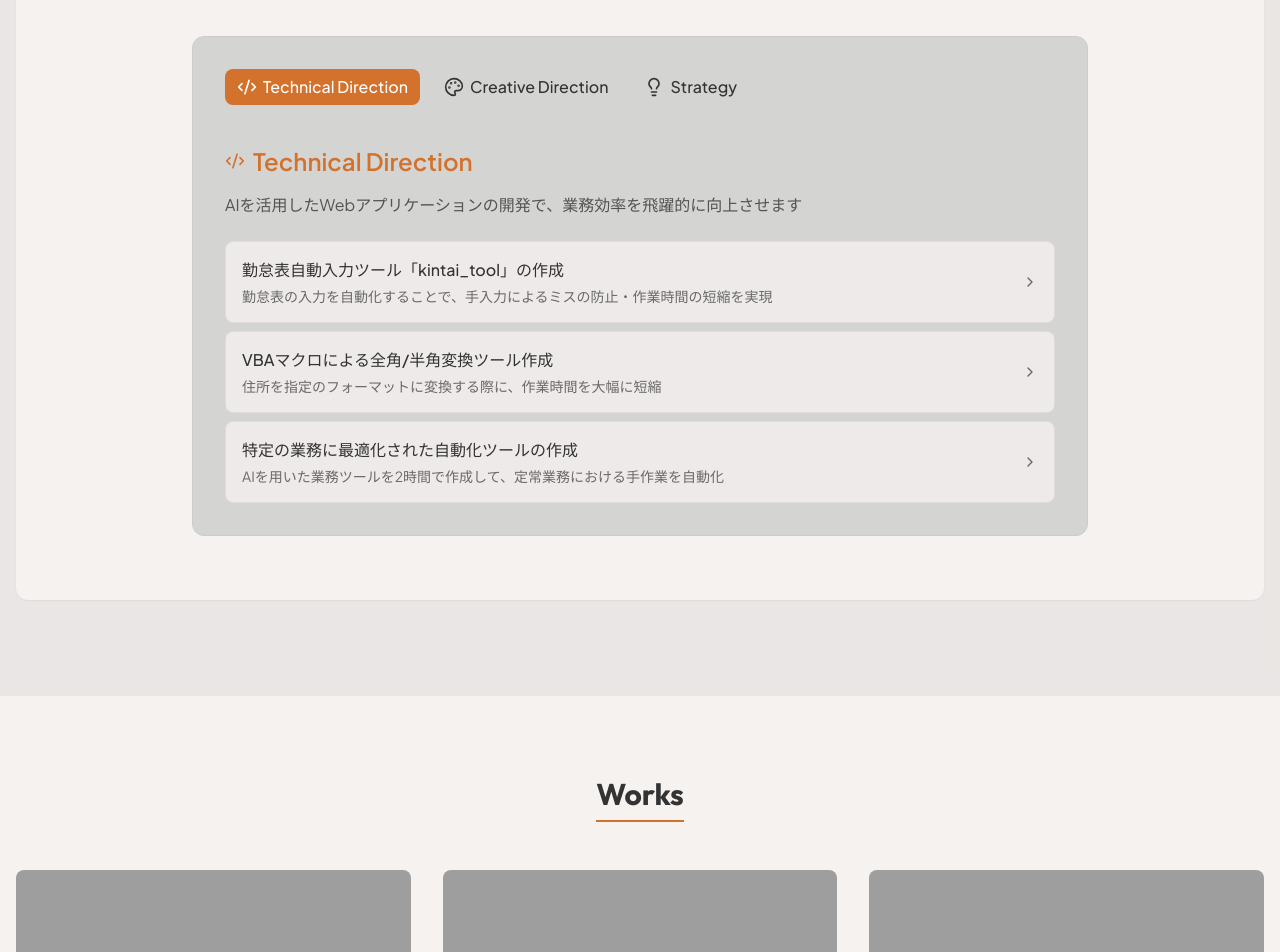
Repository: Tomo0108/portfolio_dot_tomo
Page: /
These files come from the project's save history. The page is drawn as it stood at one moment and after the next save; the edit follows.
The browser window is 1280 px wide. The pictures show the part of the page from y = 1354 to 2306 px (the page is 3996 px tall).
Pictures or frames that could not be fetched are drawn as grey boxes. The page's requests for data from a server got no answer. The project was rebuilt for these pictures with package versions that can differ from the ones it lists, and the page was loaded fresh each time. The framework's server and built-in components were replaced by stand-ins that run in the browser. No one was signed in, and anything a server would have sent is missing. Also part of the build but not shown: next.config.js, components/loading-spinner.tsx.

Above is the page before, as saved 2025-03-23 16:46:49.

### app/layout.tsx
import './globals.css';
import type { Metadata } from 'next';
import { Outfit, Plus_Jakarta_Sans } from 'next/font/google';
import { ThemeProvider } from '@/components/theme-provider';
import { Toaster } from '@/components/ui/sonner';
import { Navigation } from '@/components/navigation';
import { Footer } from '@/components/footer';
import { cn } from '@/lib/utils';

const outfit = Outfit({
  subsets: ['latin'],
  variable: '--font-outfit',
});

const plusJakartaSans = Plus_Jakarta_Sans({
  subsets: ['latin'],
  variable: '--font-plus-jakarta-sans',
});

export const metadata: Metadata = {
  title: 'Portfolio | Tomo',
  description: 'Welcome to my portfolio website.',
};

export default function RootLayout({
  children,
}: {
  children: React.ReactNode;
}) {
  return (
    <html lang="en" suppressHydrationWarning>
      <body className={cn(
        outfit.variable,
        plusJakartaSans.variable,
        'min-h-screen bg-background font-sans antialiased'
      )}>
        <ThemeProvider
          attribute="class"
          defaultTheme="system"
          enableSystem
          disableTransitionOnChange
        >
          <Navigation />
          {children}
          <Footer />
          <Toaster />
        </ThemeProvider>
      </body>
    </html>
  );
}

### app/page.tsx
import { Suspense } from 'react';
import { Hero } from '@/components/sections/hero';
import { About } from '@/components/sections/about';
import { Works } from '@/components/sections/works';
import { ZennArticlesLoader } from '@/components/sections/zenn-articles-loader';
import { Gallery } from '@/components/sections/gallery';
import { Contact } from '@/components/sections/contact';
import { LoadingSpinner } from '@/components/loading-spinner';

export default function Home() {
  return (
    <div className="w-full">
      <Hero />
      <About />
      <Suspense fallback={<LoadingSpinner />}>
        <Works />
      </Suspense>
      <Suspense fallback={<LoadingSpinner />}>
        <ZennArticlesLoader />
      </Suspense>
      <Suspense fallback={<LoadingSpinner />}>
        <Gallery />
      </Suspense>
      <Contact />
    </div>
  );
}

### components/ui/sonner.tsx
'use client';

import { useTheme } from 'next-themes';
import { Toaster as Sonner } from 'sonner';

type ToasterProps = React.ComponentProps<typeof Sonner>;

const Toaster = ({ ...props }: ToasterProps) => {
  const { theme = 'system' } = useTheme();

  return (
    <Sonner
      theme={theme as ToasterProps['theme']}
      className="toaster group"
      toastOptions={{
        classNames: {
          toast:
            'group toast group-[.toaster]:bg-background group-[.toaster]:text-foreground group-[.toaster]:border-border group-[.toaster]:shadow-lg',
          description: 'group-[.toast]:text-muted-foreground',
          actionButton:
            'group-[.toast]:bg-primary group-[.toast]:text-primary-foreground',
          cancelButton:
            'group-[.toast]:bg-muted group-[.toast]:text-muted-foreground',
        },
      }}
      {...props}
    />
  );
};

export { Toaster };

### components/sections/hero.tsx
"use client";

import { motion } from 'framer-motion';
import { RotatingNav } from '../rotating-nav';

export function Hero() {
  return (
    <section className="section-hero min-h-screen flex items-center justify-center relative bg-background/80 overflow-hidden">
      <div className="relative w-[90vh] h-[90vh] max-w-[90vw] max-h-[90vw] mx-auto backdrop-blur-sm">
        <div className="absolute inset-0 flex items-center justify-center">
          <motion.div
            className="text-center space-y-8 hero-text transition-opacity duration-300 [.nav-paused_&]:opacity-50 relative z-20"
            initial={{ opacity: 0, scale: 0.9 }}
            animate={{ opacity: 1, scale: 1 }}
            transition={{ duration: 0.5 }}
          >
            <h1 className="heading-hero text-5xl md:text-6xl lg:text-7xl font-bold leading-tight">
              <span className="text-primary">Portfolio.ToMo</span>
            </h1>
          </motion.div>
        </div>
        <RotatingNav />
      </div>
    </section>
  );
}

### components/sections/works.tsx
"use client";

import { motion } from 'framer-motion';
import Image from 'next/image';
import { ExternalLink } from 'lucide-react';

const works = [
  {
    title: "ECサイトのリデザイン",
    description: "大手ECプラットフォームの全面的なリデザインを主導し、コンバージョン率を40%改善",
    image: "https://images.unsplash.com/photo-1661956602116-aa6865609028?w=800&q=80",
    link: "#"
  },
  {
    title: "コーポレートサイト開発",
    description: "ユーザー体験を重視したレスポンシブ対応のコーポレートサイトの開発を指揮",
    image: "https://images.unsplash.com/photo-1460925895917-afdab827c52f?w=800&q=80",
    link: "#"
  },
  {
    title: "モバイルアプリのUI/UXデザイン",
    description: "人気モバイルアプリケーションのユーザーインターフェースとエクスペリエンスデザインを担当",
    image: "https://images.unsplash.com/photo-1512941937669-90a1b58e7e9c?w=800&q=80",
    link: "#"
  }
];

export function Works() {
  return (
    <section id="works" className="section-works py-20">
      <div className="container mx-auto px-4">
        <motion.div
          initial={{ opacity: 0, y: 20 }}
          whileInView={{ opacity: 1, y: 0 }}
          viewport={{ once: true }}
          transition={{ duration: 0.8 }}
        >
          <h2 className="text-3xl font-bold font-heading text-center mb-12">
            <span className="inline-block border-b-2 border-primary pb-2">Works</span>
          </h2>
          <div className="grid md:grid-cols-2 lg:grid-cols-3 gap-8">
            {works.map((work, index) => (
              <motion.div
                key={work.title}
                className="group relative overflow-hidden rounded-lg"
                initial={{ opacity: 0, y: 20 }}
                whileInView={{ opacity: 1, y: 0 }}
                viewport={{ once: true }}
                transition={{ duration: 0.8, delay: index * 0.2 }}
              >
                <div className="relative aspect-video">
                  <Image
                    src={work.image}
                    alt={work.title}
                    fill
                    className="object-cover transition-transform group-hover:scale-105"
                  />
                </div>
                <div className="absolute inset-0 bg-black/60 opacity-0 group-hover:opacity-100 transition-opacity p-6 flex flex-col justify-end">
                  <h3 className="text-white text-xl font-semibold mb-2">{work.title}</h3>
                  <p className="text-white/80 text-sm mb-4">{work.description}</p>
                  <a
                    href={work.link}
                    className="inline-flex items-center text-white hover:text-white/80"
                    target="_blank"
                    rel="noopener noreferrer"
                  >
                    View Project <ExternalLink className="ml-2 h-4 w-4" />
                  </a>
                </div>
              </motion.div>
            ))}
          </div>
        </motion.div>
      </div>
    </section>
  );
}

### components/sections/zenn-articles-loader.tsx
import { fetchZennArticles } from '@/lib/zenn';
import { ZennArticles } from './zenn-articles';

export async function ZennArticlesLoader() {
  try {
    const articles = await fetchZennArticles('tomo0108');
    return <ZennArticles articles={articles} />;
  } catch (error) {
    console.error('Failed to load Zenn articles:', error);
    return <ZennArticles articles={[]} />;
  }
}

### components/sections/contact.tsx
"use client";

import { motion } from 'framer-motion';
import { Mail, MessageSquare, Send } from 'lucide-react';
import { Button } from '@/components/ui/button';
import { Input } from '@/components/ui/input';
import { Textarea } from '@/components/ui/textarea';
import { toast } from 'sonner';

export function Contact() {
  const handleSubmit = (e: React.FormEvent) => {
    e.preventDefault();
    toast.success('メッセージを送信しました！');
  };

  return (
    <section id="contact" className="py-20 bg-muted/50">
      <div className="container mx-auto px-4">
        <motion.div
          initial={{ opacity: 0, y: 20 }}
          whileInView={{ opacity: 1, y: 0 }}
          viewport={{ once: true }}
          transition={{ duration: 0.8 }}
          className="max-w-2xl mx-auto"
        >
          <h2 className="text-3xl font-bold text-center mb-12">Contact</h2>
          <form onSubmit={handleSubmit} className="space-y-6">
            <div>
              <label htmlFor="email" className="block text-sm font-medium mb-2">
                メールアドレス
              </label>
              <div className="relative">
                <Mail className="absolute left-3 top-3 h-5 w-5 text-muted-foreground" />
                <Input
                  id="email"
                  type="email"
                  placeholder="your@email.com"
                  className="pl-10"
                  required
                />
              </div>
            </div>
            <div>
              <label htmlFor="message" className="block text-sm font-medium mb-2">
                メッセージ
              </label>
              <div className="relative">
                <MessageSquare className="absolute left-3 top-3 h-5 w-5 text-muted-foreground" />
                <Textarea
                  id="message"
                  placeholder="メッセージを入力してください..."
                  className="pl-10 min-h-[150px]"
                  required
                />
              </div>
            </div>
            <Button type="submit" className="w-full">
              メッセージを送信
              <Send className="ml-2 h-4 w-4" />
            </Button>
          </form>
        </motion.div>
      </div>
    </section>
  );
}

### components/mode-toggle.tsx
"use client";

import * as React from "react";
import { Moon, Sun } from "lucide-react";
import { useTheme } from "next-themes";
import { Button } from "@/components/ui/button";

export function ModeToggle() {
  const { setTheme, theme } = useTheme();

  return (
    <Button
      variant="ghost"
      size="icon"
      onClick={() => setTheme(theme === "light" ? "dark" : "light")}
    >
      <Sun className="h-[1.2rem] w-[1.2rem] rotate-0 scale-100 transition-all dark:-rotate-90 dark:scale-0" />
      <Moon className="absolute h-[1.2rem] w-[1.2rem] rotate-90 scale-0 transition-all dark:rotate-0 dark:scale-100" />
      <span className="sr-only">Toggle theme</span>
    </Button>
  );
}

### lib/zenn.ts
interface ZennArticle {
  id: number;
  title: string;
  slug: string;
  published_at: string;
  liked_count: number;
  article_type: string;
  emoji: string;
  path: string;
}

interface ZennResponse {
  articles: ZennArticle[];
}

export async function fetchZennArticles(username: string) {
  const response = await fetch(`https://zenn.dev/api/articles?username=${username}`, {
    headers: {
      'Content-Type': 'application/json',
    },
    next: { revalidate: 3600 }, // 1時間ごとに再検証
  });

  if (!response.ok) {
    throw new Error('Failed to fetch Zenn articles');
  }

  const data: ZennResponse = await response.json();
  return data.articles.map(article => ({
    id: article.id,
    title: article.title,
    url: `https://zenn.dev${article.path}`,
    date: new Date(article.published_at).toISOString(),
    likes: article.liked_count,
    emoji: article.emoji,
  }));
}

### data/gallery.ts
export interface GalleryItem {
  id: string;
  title: string;
  description: string;
  image: string;
  details: {
    fullDescription: string;
    technologies: string[];
    images: {
      line: string;
      color: string;
      complete: string;
    };
  };
}

export const galleryItems: { [key: string]: GalleryItem } = {
  "1": {
    id: "1",
    title: "Nahida",
    description: "原神のキャラクター、ナヒーダのイラスト作品",
    image: "/gallery/genshin_nahida1.JPG",
    details: {
      fullDescription: "草神ナヒーダの優しさと知性を表現したイラスト作品です。",
      technologies: ["Procreate", "Digital Painting"],
      images: {
        line: "/gallery/genshin_nahida1_line.JPG",
        color: "/gallery/genshin_nahida1_color.JPG",
        complete: "/gallery/genshin_nahida1.JPG"
      }
    }
  },
  "2": {
    id: "2",
    title: "Nahida II",
    description: "原神のキャラクター、ナヒーダの第二イラスト作品",
    image: "/gallery/genshin_nahida2.JPG",
    details: {
      fullDescription: "草神ナヒーダの別の表情を描いた作品です。",
      technologies: ["Procreate", "Digital Painting"],
      images: {
        line: "/gallery/genshin_nahida2_line.JPG",
        color: "/gallery/genshin_nahida2_color.JPG",
        complete: "/gallery/genshin_nahida2.JPG"
      }
    }
  },
  "3": {
    id: "3",
    title: "Killua",
    description: "HUNTER×HUNTERのキャラクター、キルアのイラスト作品",
    image: "/gallery/hunterxhunter_kirua.JPG",
    details: {
      fullDescription: "キルアの少年らしい表情と強さを表現した作品です。",
      technologies: ["Procreate", "Digital Painting"],
      images: {
        line: "/gallery/hunterxhunter_kirua_line.JPG",
        color: "/gallery/hunterxhunter_kirua_color.JPG",
        complete: "/gallery/hunterxhunter_kirua.JPG"
      }
    }
  },
  "4": {
    id: "4",
    title: "Pokemon New Year [Dragon]",
    description: "ポケモンたちとのお正月をテーマにしたイラスト作品",
    image: "/gallery/pokemon_newyear.JPG",
    details: {
      fullDescription: "ポケモンたちと日本の伝統的なお正月を楽しむ様子を描いた作品です。",
      technologies: ["Procreate", "Digital Painting"],
      images: {
        line: "/gallery/pokemon_newyear_line.JPG",
        color: "/gallery/pokemon_newyear_color.JPG",
        complete: "/gallery/pokemon_newyear.JPG"
      }
    }
  },
  "5": {
    id: "5",
    title: "Pokemon Christmas",
    description: "ポケモンたちとのクリスマスをテーマにしたイラスト作品",
    image: "/gallery/pokemon-christmas.JPG",
    details: {
      fullDescription: "ポケモンたちとクリスマスを楽しむ様子を描いた作品です。",
      technologies: ["Procreate", "Digital Painting"],
      images: {
        line: "/gallery/pokemon-christmas_color_line.JPG",
        color: "/gallery/pokemon-christmas_color.JPG",
        complete: "/gallery/pokemon-christmas.JPG"
      }
    }
  }
};

### components/ui/button.tsx
import * as React from 'react';
import { Slot } from '@radix-ui/react-slot';
import { cva, type VariantProps } from 'class-variance-authority';

import { cn } from '@/lib/utils';

const buttonVariants = cva(
  'inline-flex items-center justify-center whitespace-nowrap rounded-md text-sm font-medium ring-offset-background transition-colors focus-visible:outline-none focus-visible:ring-2 focus-visible:ring-ring focus-visible:ring-offset-2 disabled:pointer-events-none disabled:opacity-50',
  {
    variants: {
      variant: {
        default: 'bg-primary text-primary-foreground hover:bg-primary/90',
        destructive:
          'bg-destructive text-destructive-foreground hover:bg-destructive/90',
        outline:
          'border border-input bg-background hover:bg-accent hover:text-accent-foreground',
        secondary:
          'bg-secondary text-secondary-foreground hover:bg-secondary/80',
        ghost: 'hover:bg-accent hover:text-accent-foreground',
        link: 'text-primary underline-offset-4 hover:underline',
      },
      size: {
        default: 'h-10 px-4 py-2',
        sm: 'h-9 rounded-md px-3',
        lg: 'h-11 rounded-md px-8',
        icon: 'h-10 w-10',
      },
    },
    defaultVariants: {
      variant: 'default',
      size: 'default',
    },
  }
);

export interface ButtonProps
  extends React.ButtonHTMLAttributes<HTMLButtonElement>,
    VariantProps<typeof buttonVariants> {
  asChild?: boolean;
}

const Button = React.forwardRef<HTMLButtonElement, ButtonProps>(
  ({ className, variant, size, asChild = false, ...props }, ref) => {
    const Comp = asChild ? Slot : 'button';
    return (
      <Comp
        className={cn(buttonVariants({ variant, size, className }))}
        ref={ref}
        {...props}
      />
    );
  }
);
Button.displayName = 'Button';

export { Button, buttonVariants };

### components/ui/input.tsx
import * as React from 'react';

import { cn } from '@/lib/utils';

export interface InputProps
  extends React.InputHTMLAttributes<HTMLInputElement> {}

const Input = React.forwardRef<HTMLInputElement, InputProps>(
  ({ className, type, ...props }, ref) => {
    return (
      <input
        type={type}
        className={cn(
          'flex h-10 w-full rounded-md border border-input bg-background px-3 py-2 text-sm ring-offset-background file:border-0 file:bg-transparent file:text-sm file:font-medium file:text-foreground placeholder:text-muted-foreground focus-visible:outline-none focus-visible:ring-2 focus-visible:ring-ring focus-visible:ring-offset-2 disabled:cursor-not-allowed disabled:opacity-50',
          className
        )}
        ref={ref}
        {...props}
      />
    );
  }
);
Input.displayName = 'Input';

export { Input };

### components/ui/textarea.tsx
import * as React from 'react';

import { cn } from '@/lib/utils';

export interface TextareaProps
  extends React.TextareaHTMLAttributes<HTMLTextAreaElement> {}

const Textarea = React.forwardRef<HTMLTextAreaElement, TextareaProps>(
  ({ className, ...props }, ref) => {
    return (
      <textarea
        className={cn(
          'flex min-h-[80px] w-full rounded-md border border-input bg-background px-3 py-2 text-sm ring-offset-background placeholder:text-muted-foreground focus-visible:outline-none focus-visible:ring-2 focus-visible:ring-ring focus-visible:ring-offset-2 disabled:cursor-not-allowed disabled:opacity-50',
          className
        )}
        ref={ref}
        {...props}
      />
    );
  }
);
Textarea.displayName = 'Textarea';

export { Textarea };

### data/skills.ts
import { Code2, Palette, Lightbulb } from 'lucide-react';
import type { LucideIcon } from 'lucide-react';

export interface Example {
  id: string;
  title: string;
  description: string;
  longDescription: string;
}

export interface Skill {
  Icon: LucideIcon;
  title: string;
  description: string;
  examples: Example[];
}

export const skills: Skill[] = [
  {
    Icon: Code2,
    title: "Technical Direction",
    description: "AIを活用したWebアプリケーションの開発で、業務効率を飛躍的に向上させます",
    examples: [
      {
        id: "tech-1",
        title: "勤怠表自動入力ツール「kintai_tool」の作成",
        description: "勤怠表の入力を自動化することで、手入力によるミスの防止・作業時間の短縮を実現",
        longDescription: "Excelマクロを使用して勤怠表の自動入力を実現。日々の勤務時間を記録したCSVファイルから、会社指定のフォーマットに沿って勤怠表を自動生成します。手入力による転記ミスを防ぎ、月末の勤怠表作成時間を90%削減しました。また、プロジェクトごとの工数集計機能も実装し、業務効率の可視化にも貢献しています。"
      },
      {
        id: "tech-2",
        title: "VBAマクロによる全角/半角変換ツール作成",
        description: "住所を指定のフォーマットに変換する際に、作業時間を大幅に短縮",
        longDescription: "住所データの全角/半角変換を自動化することで、大量のデータ処理を効率化し、作業時間を大幅に削減しました。"
      },
      {
        id: "tech-3",
        title: "特定の業務に最適化された自動化ツールの作成",
        description: "AIを用いた業務ツールを2時間で作成して、定常業務における手作業を自動化",
        longDescription: "詳細な技術仕様や成果についての詳細な説明をここに記載します。"
      }
    ]
  },
  {
    Icon: Palette,
    title: "Creative Direction",
    description: "デザインの提案と実装をリードし、ユーザー体験を向上させます",
    examples: [
      {
        id: "creative-1",
        title: "UXリデザインプロジェクト",
        description: "ユーザビリティテストに基づくUI改善で、コンバージョン率が25%向上",
        longDescription: "詳細な技術仕様や成果についての詳細な説明をここに記載します。"
      },
      {
        id: "creative-2",
        title: "デザインシステムの構築",
        description: "コンポーネントライブラリとガイドラインの整備で開発効率が30%改善",
        longDescription: "詳細な技術仕様や成果についての詳細な説明をここに記載します。"
      },
      {
        id: "creative-3",
        title: "ブランドアイデンティティ刷新",
        description: "一貫性のあるビジュアル表現の確立でブランド認知度が向上",
        longDescription: "詳細な技術仕様や成果についての詳細な説明をここに記載します。"
      }
    ]
  },
  {
    Icon: Lightbulb,
    title: "Strategy",
    description: "作業者の生産性向上のための戦略立案と実行をリードします",
    examples: [
      {
        id: "strategy-1",
        title: "DXコンサルティング",
        description: "業務プロセスのデジタル化で、生産性が40%向上",
        longDescription: "詳細な技術仕様や成果についての詳細な説明をここに記載します。"
      },
      {
        id: "strategy-2",
        title: "データ分析基盤の構築",
        description: "KPIモニタリングシステムの導入で、意思決定の迅速化を実現",
        longDescription: "詳細な技術仕様や成果についての詳細な説明をここに記載します。"
      },
      {
        id: "strategy-3",
        title: "プロジェクト管理改善",
        description: "アジャイル手法の導入で、開発サイクルを50%短縮",
        longDescription: "詳細な技術仕様や成果についての詳細な説明をここに記載します。"
      }
    ]
  }
];

Loaded but not shown: components/theme-provider.tsx (common file); lib/utils.ts (common file); components/sections/about.tsx (100 lines, source omitted); components/sections/gallery.tsx (142 lines, source omitted); components/rotating-nav.tsx (144 lines, source omitted); components/sections/zenn-articles.tsx (114 lines, source omitted); components/navigation.tsx (125 lines, source omitted); app/globals.css (183 lines, source omitted); components/skills-container.tsx (83 lines, source omitted); components/footer.tsx (52 lines, source omitted); tailwind.config.ts (97 lines, source omitted)

After the next save:
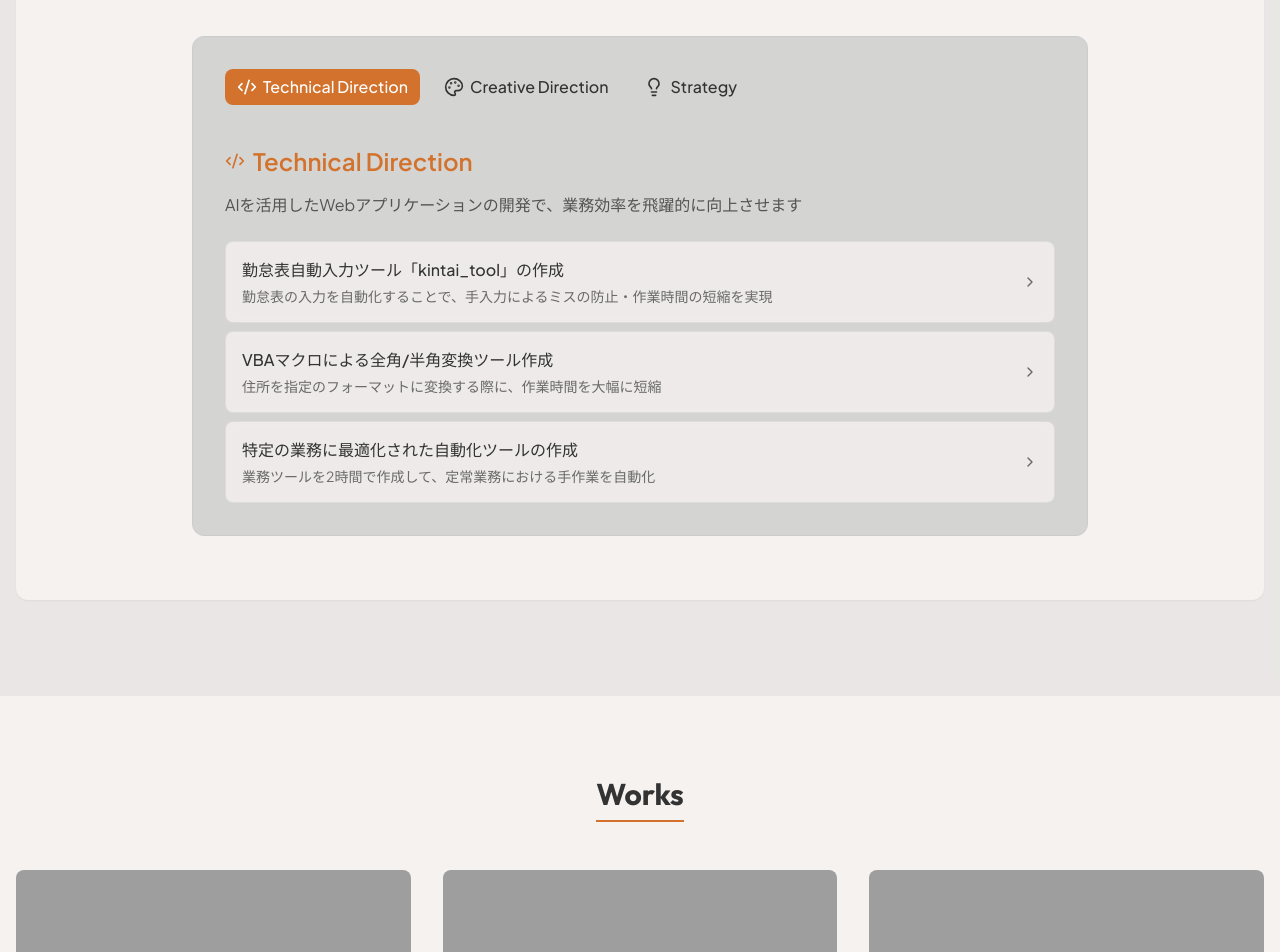
Saved 8 s later.
--- a/data/skills.ts
+++ b/data/skills.ts
@@ -36,7 +36,7 @@ export const skills: Skill[] = [
       {
         id: "tech-3",
         title: "特定の業務に最適化された自動化ツールの作成",
-        description: "AIを用いた業務ツールを2時間で作成して、定常業務における手作業を自動化",
+        description: "業務ツールを2時間で作成して、定常業務における手作業を自動化",
         longDescription: "詳細な技術仕様や成果についての詳細な説明をここに記載します。"
       }
     ]
